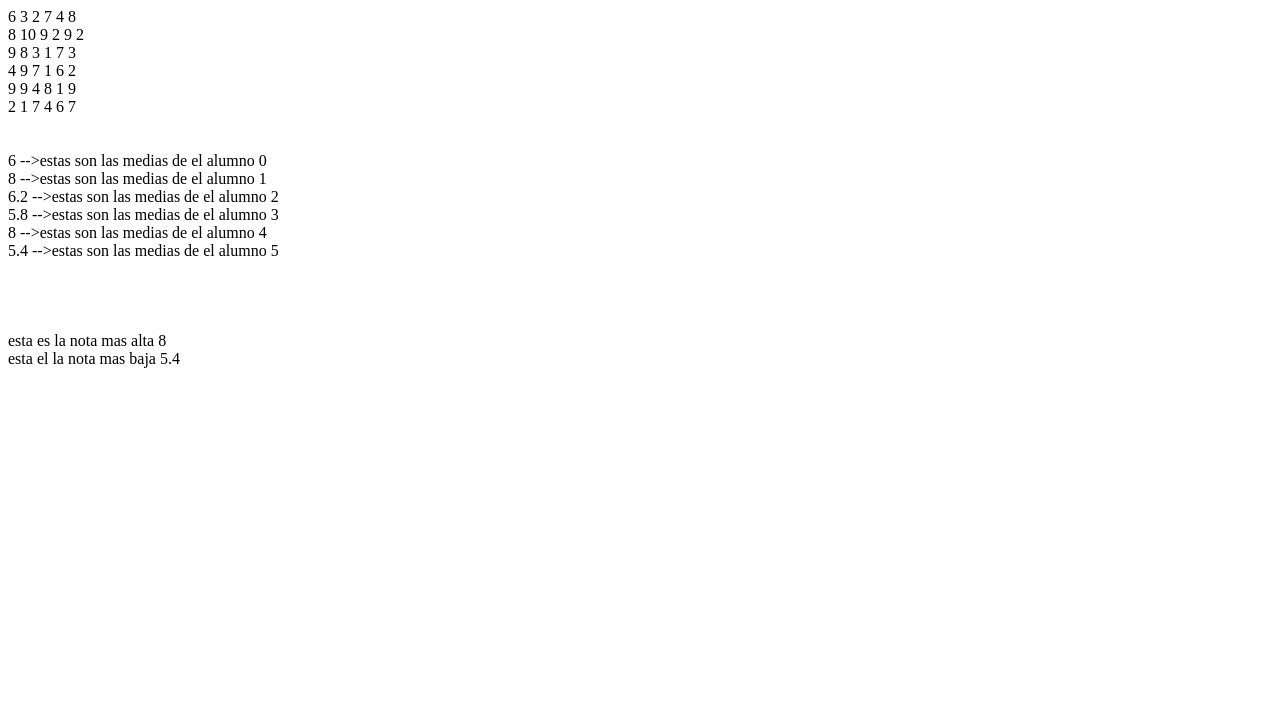
Repository: Sxcram02/1-daw
Page: http://localhost/notaMedia.php
These files come from the project's save history. The page is drawn as it stood at one moment and after the next save; the edit follows.
The browser window is 1280 px wide. The pictures show the whole page.
The page is run by PHP 8.4 with error messages shown; the project is at /var/www/html/.

Above is the page before, as saved 2023-01-19 16:50:25.

### PHP/notaMedia.php
<?php
    for($fila=0;$fila<=5;$fila++){
        for($columna=0;$columna<=5;$columna++){
            $notas_alumnos[$fila][$columna] = rand(1,10);
            echo $notas_alumnos[$fila][$columna], " ";
        };
        echo "<br />";
    };
    echo "<br />";
    echo "<br />";

    for($v1=0;$v1<=5;$v1++){
            $nota_media[$v1] = array_sum($notas_alumnos[$v1])/5;
            echo $nota_media[$v1],"  -->", "estas son las medias de el alumno ", $v1;
            echo "<br />";
    };

    echo "<br />";
    echo "<br />";

    for($may=0;$may<=5;$may++){
        for($men=0;$men<=5;$men++){
            if($nota_media[$may] < $nota_media[$men]){
                $mayor = $nota_media[$men];
            };
            if($nota_media[$may] > $nota_media[$men]){
                $menor = $nota_media[$men];
            };
        };
    };

    echo "<br />";
    echo "<br />";

    echo "esta es la nota mas alta ", $mayor;
    echo "<br />";
    echo "esta el la nota mas baja ", $menor;

?>

After the next save:
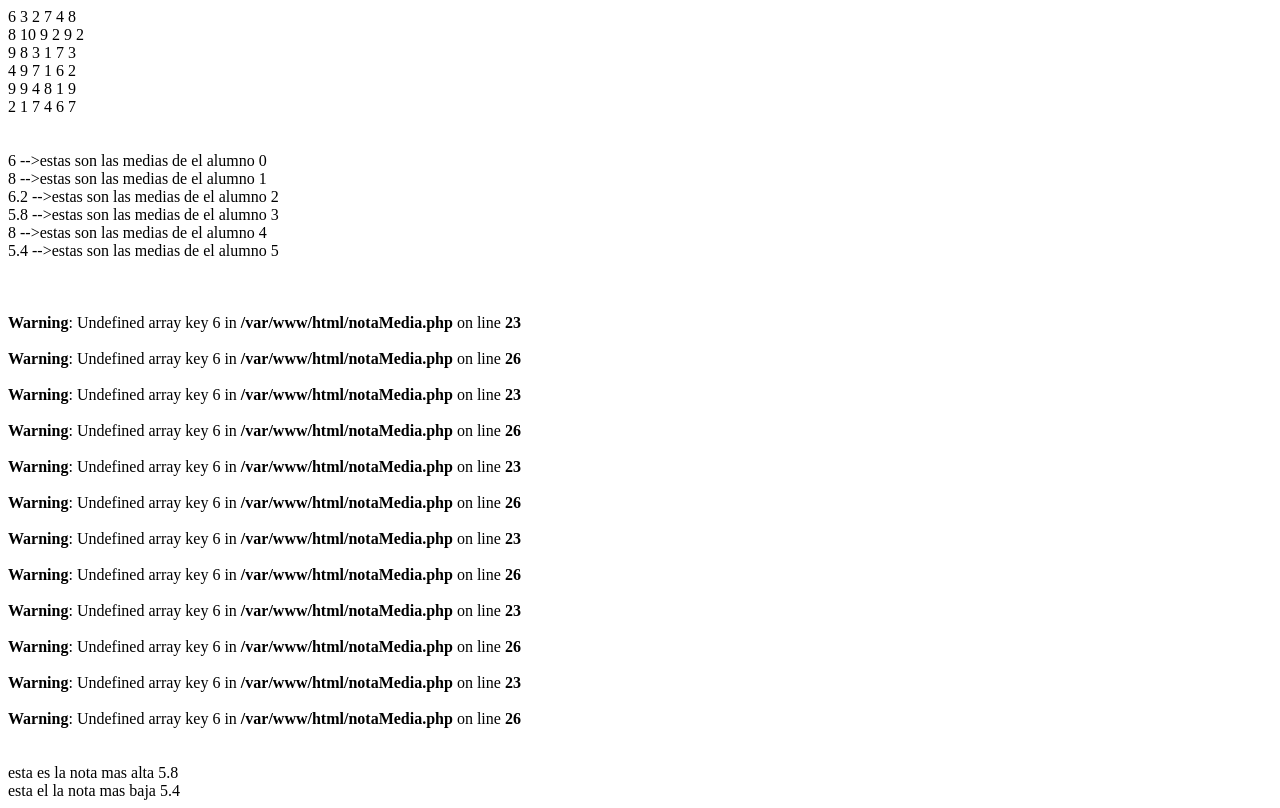
Saved 35 s later.
--- a/PHP/notaMedia.php
+++ b/PHP/notaMedia.php
@@ -20,10 +20,10 @@
 
     for($may=0;$may<=5;$may++){
         for($men=0;$men<=5;$men++){
-            if($nota_media[$may] < $nota_media[$men]){
+            if($nota_media[$may] < $nota_media[$men+1]){
                 $mayor = $nota_media[$men];
             };
-            if($nota_media[$may] > $nota_media[$men]){
+            if($nota_media[$may] > $nota_media[$men+1]){
                 $menor = $nota_media[$men];
             };
         };
